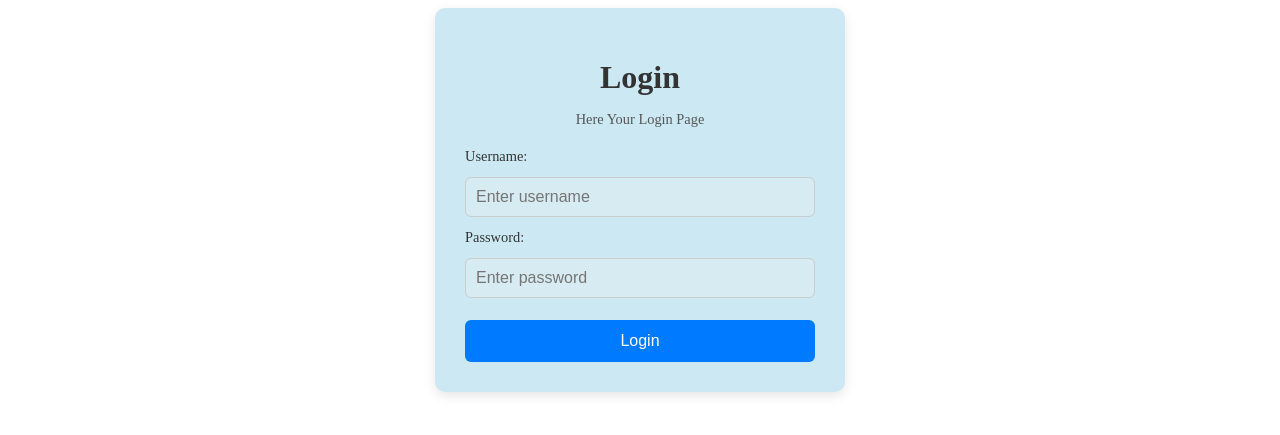
Repository: AdityaTech-Pro/FullStackWithBridgelabz
Page: login form/index.html
An editor plug-in stored every save of this project. The page is shown before and after a run of saves, followed by the edit.
The browser window is 1280 px wide. The pictures show the whole page.

Above is the page before, as saved 2025-11-17 09:33:55.
Console error: ReferenceError: inputUsername is not defined

### login form/index.html
<!DOCTYPE html>
<html lang="en">

<head>
    <meta charset="UTF-8" />
    <meta name="viewport" content="width=device-width, initial-scale=1.0" />
    <title>Login Page</title>
    <link rel="stylesheet" href="./style.css" />
</head>

<body>
    <main class="login-container">
        <h1>Login</h1>
        <p>Here Your Login Page</p>


        <div class="login-box" BackgroundColor="#f0f0f0" Padding="20px" BorderRadius="5px">
            <label>Username:</label>
            <input type="text" placeholder="Enter username" disabled>


            <label>Password:</label>
            <input type="password" placeholder="Enter password" disabled>


            <button disabled>Login</button>
        </div>
    </main>


    <script src="script.js"></script>
</body>

</html>

### login form/style.css

   //LOGIN PAGE - STYLED WITH STANDARD MODERN COLORS

body {
  /* margin: 50%; */
  /* padding: 50%; */
  font-family: Arial, Helvetica, sans-serif;
  background: #f2f4f5ff; /* Light grey background */
  /* display: flex;
  justify-content: center;
  align-items: center; */
  height: 100vh;
}

.login-container {
  background: #cce9f3ff; /* White card background */
  padding: 30px;
  border-radius: 10px;
  width: 350px;
  box-shadow: 0 4px 12px rgba(0, 0, 0, 0.1); /* Soft shadow */
  text-align: center;
  margin: auto;
  margin-y: 100px;
}

h1 {
  margin-bottom: 10px;
  color: #333333; /* Dark text */
}

p {
  color: #555555; /* Medium grey */
  font-size: 0.9rem;
  margin-bottom: 20px;
}

.login-box {
  display: flex;
  flex-direction: column;
  gap: 12px;
}

label {
  text-align: left;
  font-size: 0.9rem;
  color: #333333;
}

input {
  padding: 10px;
  border: 1px solid #cccccc;
  border-radius: 6px;
  font-size: 1rem;
}

button {
  padding: 12px;
  background: #007bff; /* Standard blue button */
  color: white;
  border: none;
  border-radius: 6px;
  cursor: not-allowed; /* Disabled on purpose */
  font-size: 1rem;
  margin-top: 10px;
}

### login form/script.js
// Sample stored credentials (for demo purposes)
//const storedUsername = "admin";
//const storedPassword = "12345";

// User-provided login values (in a real system, these would come from inputs)
//const inputUsername = "admin"; // modify to test
//const inputPassword = "12345"; // modify to test

console.log("================ LOGIN AUTHENTICATION ================");
console.log(`Entered Username: ${inputUsername}`);
console.log(`Entered Password: ${inputPassword}`);
console.log("-------------------------------------------------------");

// Authentication logic
if (inputUsername === storedUsername && inputPassword === storedPassword) {
    console.log("Login Successful ✔");
    console.log("Welcome to the system!");
} else {
    console.log("Login Failed ✘");
    console.log("Invalid username or password.");
}

console.log("=======================================================");

After the next 6 saves:
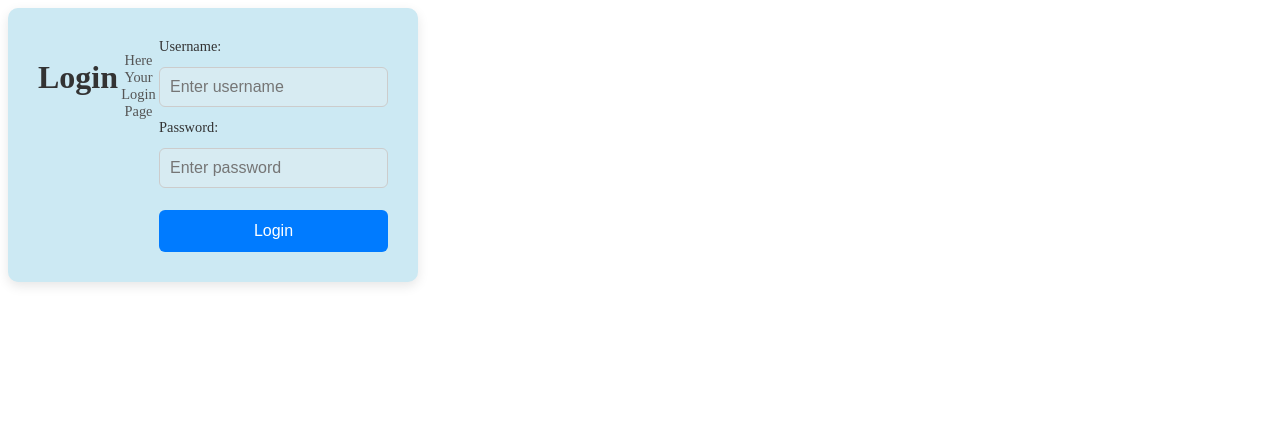
The 6 saves are shown as one change because they came seconds apart.
The last was saved 27 s later.
--- a/login form/style.css
+++ b/login form/style.css
@@ -19,8 +19,9 @@ body {
   width: 350px;
   box-shadow: 0 4px 12px rgba(0, 0, 0, 0.1); /* Soft shadow */
   text-align: center;
-  margin: auto;
-  margin-y: 100px;
+  /* margin: auto;
+  margin-y: 100px; */
+  display: flex;
 }
 
 h1 {
